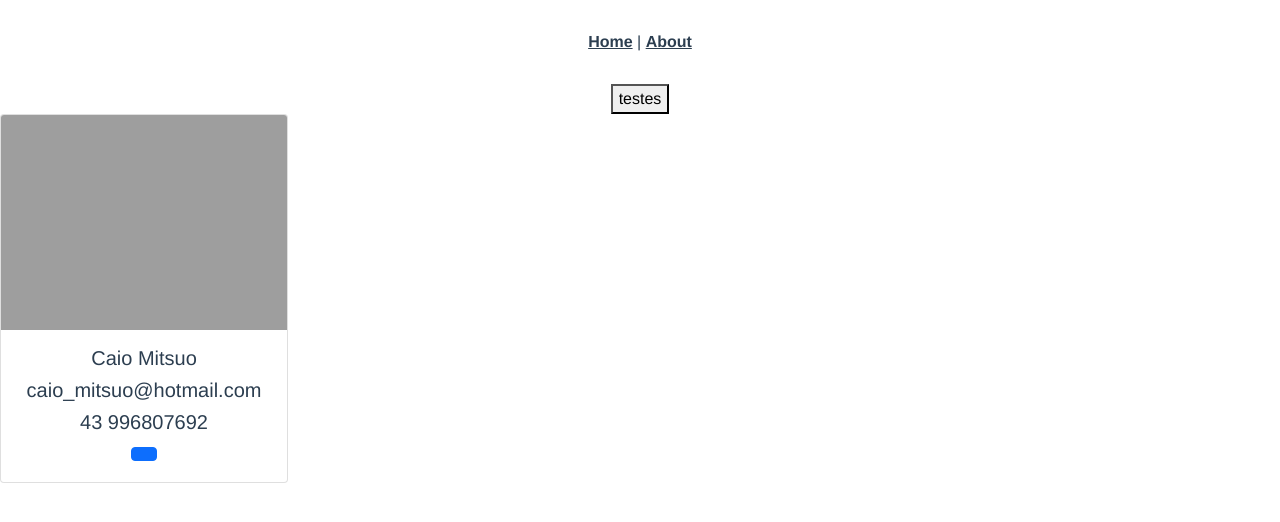
Repository: caiomitsuo/ContactsVueJs
Page: /lista
These files come from the project's save history. The page is drawn as it stood at one moment and after the next save; the edit follows.
The browser window is 1280 px wide. The pictures show the whole page.
Pictures or frames that could not be fetched are drawn as grey boxes. The page's requests for data from a server got no answer. The project was rebuilt for these pictures with package versions that can differ from the ones it lists, and the page was loaded fresh each time. No one was signed in, and anything a server would have sent is missing. Also part of the build but not shown: vue.config.js, src/components/HelloWorld.vue, src/views/HomeView.vue.

Above is the page before, as saved 2022-04-30 12:32:10.

After the next save:
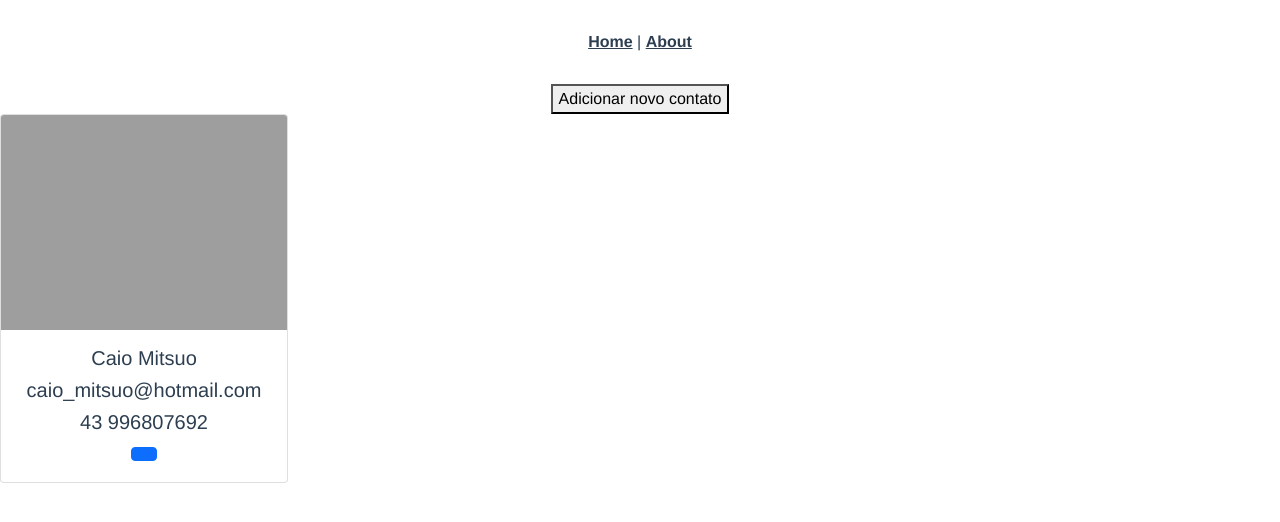
Saved 23 s later.
--- a/src/views/ListView.vue
+++ b/src/views/ListView.vue
@@ -1,6 +1,6 @@
 <template>
   <div>
-    <button>testes</button>
+    <button>Adicionar novo contato</button>
     <div class="card" style="width: 18rem;" v-for="user in listagem" :key="user.id">
          <img class="card-img-top" src="https://www.psicologo.com.br/wp-content/uploads/sou-uma-pessoa-boa-ou-nao.jpg">
         <div class="card-body">
